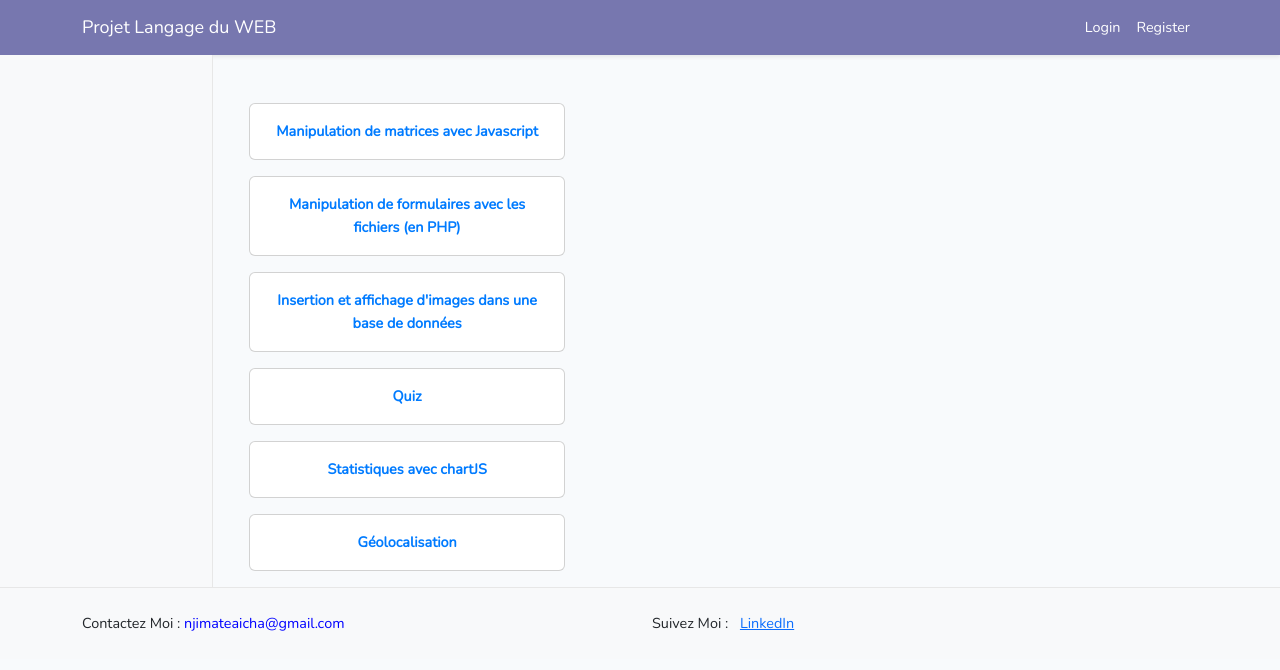
Repository: NjimateAicha/LaravelWeb
Page: http://localhost/projets
These files come from the project's save history. The page is drawn as it stood at one moment and after the next save; the edit follows.
The browser window is 1280 px wide. The pictures show the whole page.
Some web libraries are served in a nearby version. The page is served by the project's Laravel application, run on PHP 8.4 with Laravel 9. Style sheets and scripts are compiled from the project's sources, by tool versions that may differ from the author's.

Above is the page before, as saved 2024-05-19 16:59:27.

After the next save:
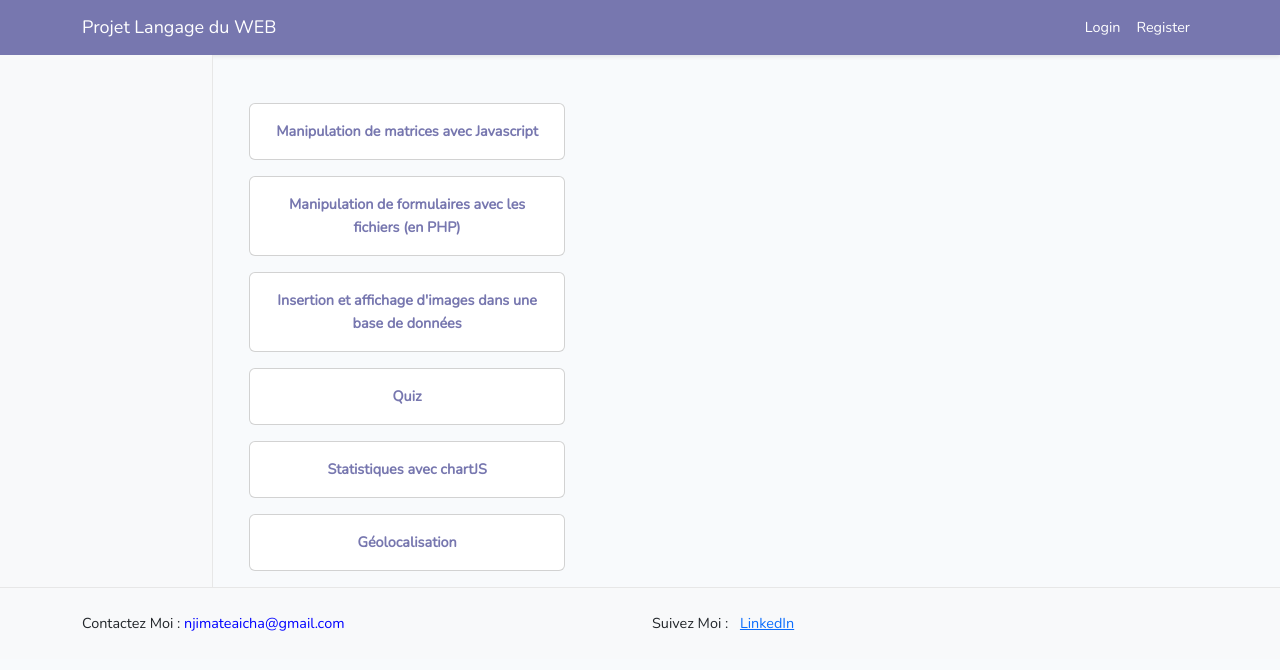
Saved 19 s later.
--- a/resources/views/projets/index.blade.php
+++ b/resources/views/projets/index.blade.php
@@ -58,6 +58,6 @@
     }
 
     .blue-text {
-        color: #007bff; /* Couleur bleue pour le texte */
+        color: #7777af; /* Couleur bleue pour le texte */
     }
 </style>
